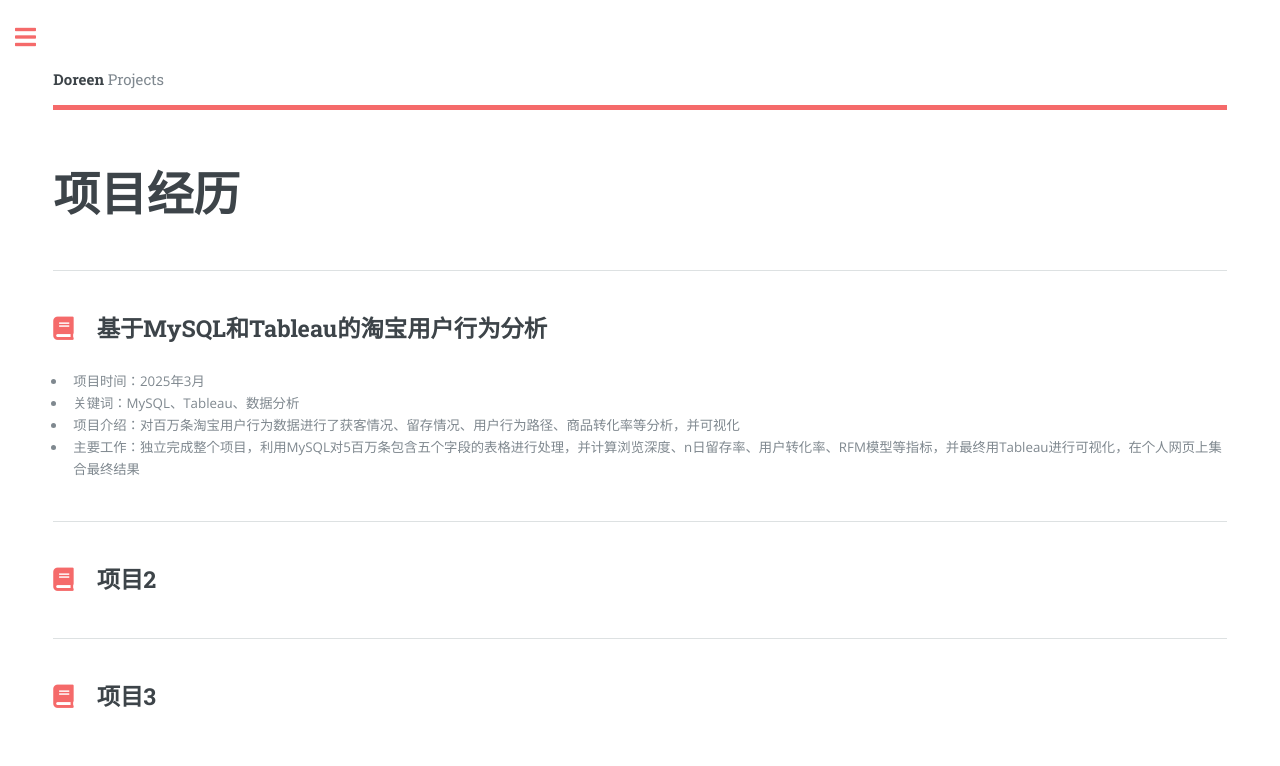
Repository: Hpz3859/Hpz3859.github.io
Page: projects.html
An editor plug-in stored every save of this project. The page is shown before and after the next save, followed by the edit.
The browser window is 1280 px wide. The pictures show the whole page.

Above is the page before, as saved 2025-03-31 20:58:36.

### projects.html
<!DOCTYPE HTML>
<!--
	Editorial by HTML5 UP
	html5up.net | @ajlkn
	Free for personal and commercial use under the CCA 3.0 license (html5up.net/license)
-->
<html>
	<head>
		<title>Doreen MySQL note</title>
		<meta charset="utf-8" />
		<meta name="viewport" content="width=device-width, initial-scale=1, user-scalable=no" />
		<link rel="stylesheet" href="assets/css/main.css" />
	</head>
	<body class="is-preload">

		<!-- Wrapper -->
			<div id="wrapper">

				<!-- Main -->
					<div id="main">
						<div class="inner">

							<!-- Header -->
								<header id="header">
									<a href="projects.html" class="logo"><strong>Doreen</strong> Projects</a>
									<!--
									<ul class="icons">
										<li><a href="#" class="icon brands fa-twitter"><span class="label">Twitter</span></a></li>
										<li><a href="#" class="icon brands fa-facebook-f"><span class="label">Facebook</span></a></li>
										<li><a href="#" class="icon brands fa-snapchat-ghost"><span class="label">Snapchat</span></a></li>
										<li><a href="#" class="icon brands fa-instagram"><span class="label">Instagram</span></a></li>
										<li><a href="#" class="icon brands fa-medium-m"><span class="label">Medium</span></a></li>
									</ul>
									-->
								</header>

							<!-- Content -->
							<section>
								<header class="main">
									<h1>项目经历</h1>
								</header>
									<!-- Content -->
									<hr class="major" />

									<div class="content">
										<h2>
											<span class="icon solid fa-book" style="color: #f56a6a;"></span>
											&nbsp;&nbsp;
											<a href="#" class="logo">基于MySQL和Tableau的淘宝用户行为分析</a>
										</h2>
										<ul>
											<li>项目时间：2025年3月</li>
											<li>关键词：MySQL、Tableau、数据分析</li>
											<li>项目介绍：对百万条淘宝用户行为数据进行了获客情况、留存情况、用户行为路径、商品转化率等分析，并可视化</li>
											<li>主要工作：独立完成整个项目，利用MySQL对5百万条包含五个字段的表格进行处理，并计算浏览深度、n日留存率、用户转化率、RFM模型等指标，并最终用Tableau进行可视化，在个人网页上集合最终结果</li>
										</ul>

										<div class='tableauPlaceholder' id='viz1743403952021' style='position: relative'><noscript><a href='#'><img alt='淘宝用户行为分析 ' src='https:&#47;&#47;public.tableau.com&#47;static&#47;images&#47;8R&#47;8R4YM3R4Z&#47;1_rss.png' style='border: none' /></a></noscript><object class='tableauViz'  style='display:none;'><param name='host_url' value='https%3A%2F%2Fpublic.tableau.com%2F' /> <param name='embed_code_version' value='3' /> <param name='path' value='shared&#47;8R4YM3R4Z' /> <param name='toolbar' value='yes' /><param name='static_image' value='https:&#47;&#47;public.tableau.com&#47;static&#47;images&#47;8R&#47;8R4YM3R4Z&#47;1.png' /> <param name='animate_transition' value='yes' /><param name='display_static_image' value='yes' /><param name='display_spinner' value='yes' /><param name='display_overlay' value='yes' /><param name='display_count' value='yes' /><param name='language' value='zh-CN' /></object></div>                <script type='text/javascript'>                    var divElement = document.getElementById('viz1743403952021');                    var vizElement = divElement.getElementsByTagName('object')[0];                    if ( divElement.offsetWidth > 800 ) { vizElement.style.width='800px';vizElement.style.height='827px';} else if ( divElement.offsetWidth > 500 ) { vizElement.style.width='800px';vizElement.style.height='827px';} else { vizElement.style.width='100%';vizElement.style.height='3127px';}                     var scriptElement = document.createElement('script');                    scriptElement.src = 'https://public.tableau.com/javascripts/api/viz_v1.js';                    vizElement.parentNode.insertBefore(scriptElement, vizElement);                </script>
									</div>


									<hr class="major" />

									<div class="content">
										<h2>
											<span class="icon solid fa-book" style="color: #f56a6a;"></span>
											&nbsp;&nbsp;
											<a href="#" class="logo">项目2</a>
										</h2>
									</div>

									<hr class="major" />

									<div class="content">
										<h2>
											<span class="icon solid fa-book" style="color: #f56a6a;"></span>
											&nbsp;&nbsp;
											<a href="#" class="logo">项目3</a>
										</h2>
									</div>


							</section>

						</div>
					</div>

				<!-- Sidebar -->
					<div id="sidebar">
						<div class="inner">

							<!-- Search -->
								<section id="search" class="alt">
									<form method="post" action="#">
										<input type="text" name="query" id="query" placeholder="Search" />
									</form>
								</section>

							<!-- Menu -->
								<nav id="menu">
									<header class="major">
										<h2>目录</h2>
									</header>
									<ul>
										<li><a href="./index.html">主页</a></li>
										<li>
											<span class="opener">文章</span>
											<ul>
												<li><a href="experience.html">过往经历</a></li>
												<li><a href="#">数据挖掘</a></li>
												<li><a href="#">量化与投资</a></li>
												<li><a href="moments.html">随笔</a></li>
											</ul>
										</li>
										<li>
											<span class="opener">视频</span>
											<ul>
												<li><a href="#">待更新</a></li>
												<li><a href="#">待更新</a></li>
											</ul>
										</li>

									</ul>
								</nav>



							<!-- Footer -->
							 <!--
								<footer id="footer">
									<p class="copyright">&copy; Untitled. All rights reserved. Demo Images: <a href="https://unsplash.com">Unsplash</a>. Design: <a href="https://html5up.net">HTML5 UP</a>.</p>
								</footer>
							-->

						</div>
					</div>

			</div>

		<!-- Scripts -->
			<script src="assets/js/jquery.min.js"></script>
			<script src="assets/js/browser.min.js"></script>
			<script src="assets/js/breakpoints.min.js"></script>
			<script src="assets/js/util.js"></script>
			<script src="assets/js/main.js"></script>

	</body>
</html>

Loaded but not shown: assets/js/jquery.min.js (library); assets/js/browser.min.js (common file); assets/js/breakpoints.min.js (common file); assets/css/fontawesome-all.min.css (library); assets/js/util.js (587 lines, source omitted); assets/js/main.js (262 lines, source omitted); assets/css/main.css (2283 lines, source omitted)

After the next save:
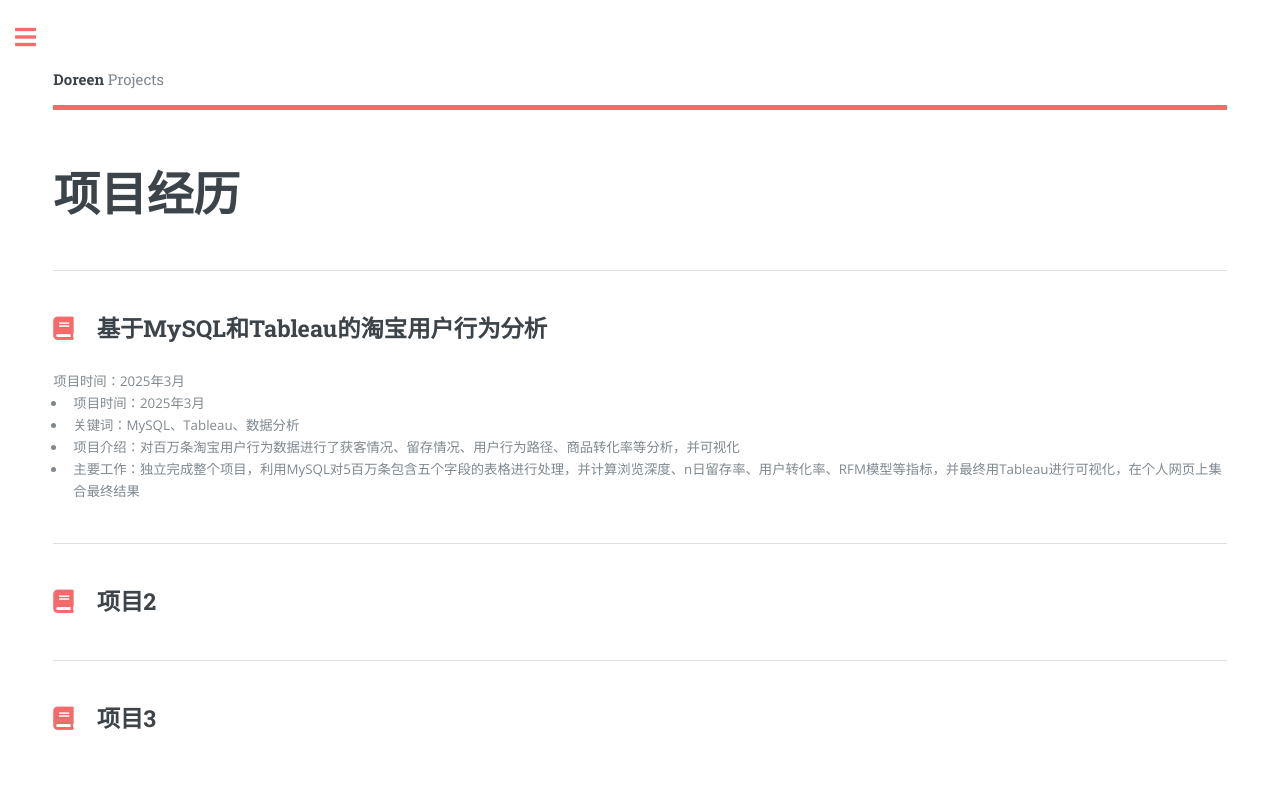
Saved 41 s later.
--- a/projects.html
+++ b/projects.html
@@ -48,6 +48,7 @@
 											&nbsp;&nbsp;
 											<a href="#" class="logo">基于MySQL和Tableau的淘宝用户行为分析</a>
 										</h2>
+										项目时间：2025年3月
 										<ul>
 											<li>项目时间：2025年3月</li>
 											<li>关键词：MySQL、Tableau、数据分析</li>
